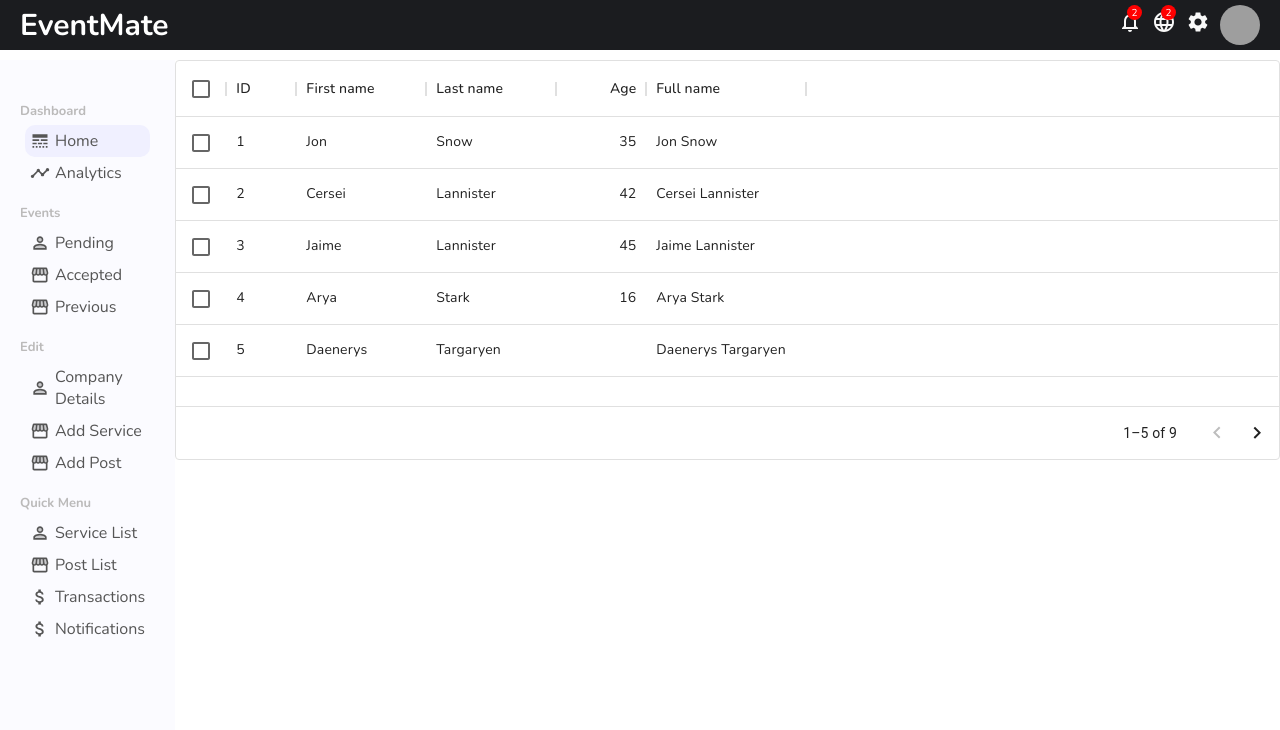
Repository: Farida-Yeasmin-Mim/EventMate_Frontend
Page: /productList
An editor plug-in stored every save of this project. The page is shown before and after the next save, followed by the edit.
The browser window is 1280 px wide. The pictures show the whole page.
Pictures or frames that could not be fetched are drawn as grey boxes. The page's requests for data from a server got no answer. The project was rebuilt for these pictures with package versions that can differ from the ones it lists, and the page was loaded fresh each time. No one was signed in, and anything a server would have sent is missing. Also part of the build but not shown: src/components/PostRequest.js, src/pages/auth/Login.js, src/components/seletionTextField/selectGender.js, src/pages/auth/Signup.js, src/components/vendor/RegVendor.js, src/components/offer.js, src/components/productcategories.js, src/components/icontabs.js and 86 more.

Above is the page before, as saved 2022-09-06 17:55:06.

After the next save:
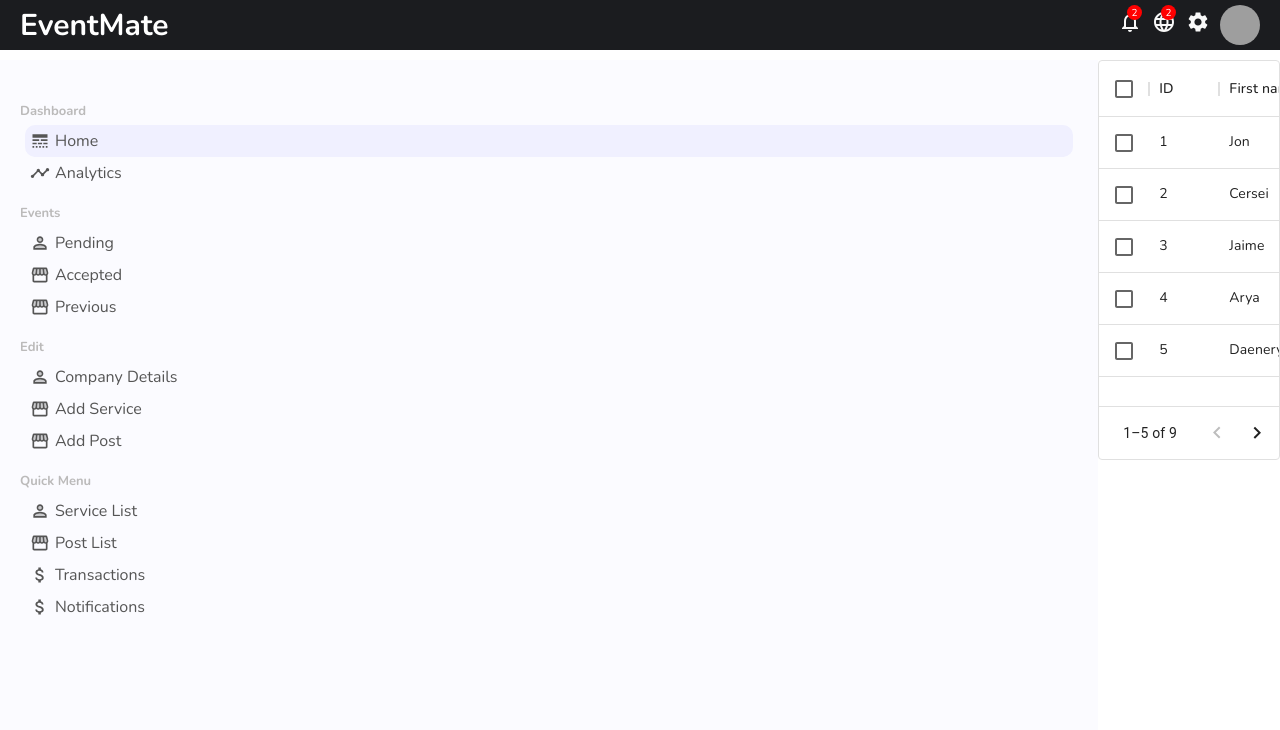
Saved 49 s later.
--- a/src/components/Dashboard/ProductList.js
+++ b/src/components/Dashboard/ProductList.js
@@ -40,7 +40,7 @@
         <div>
             <div className="container">
                 <Sidebar />
-                <div style={{ height: 400, width: '100%' }}>
+                <div style={{ height: 400, }}>
                     <DataGrid
                         rows={rows}
                         columns={columns}

After the save that followed:
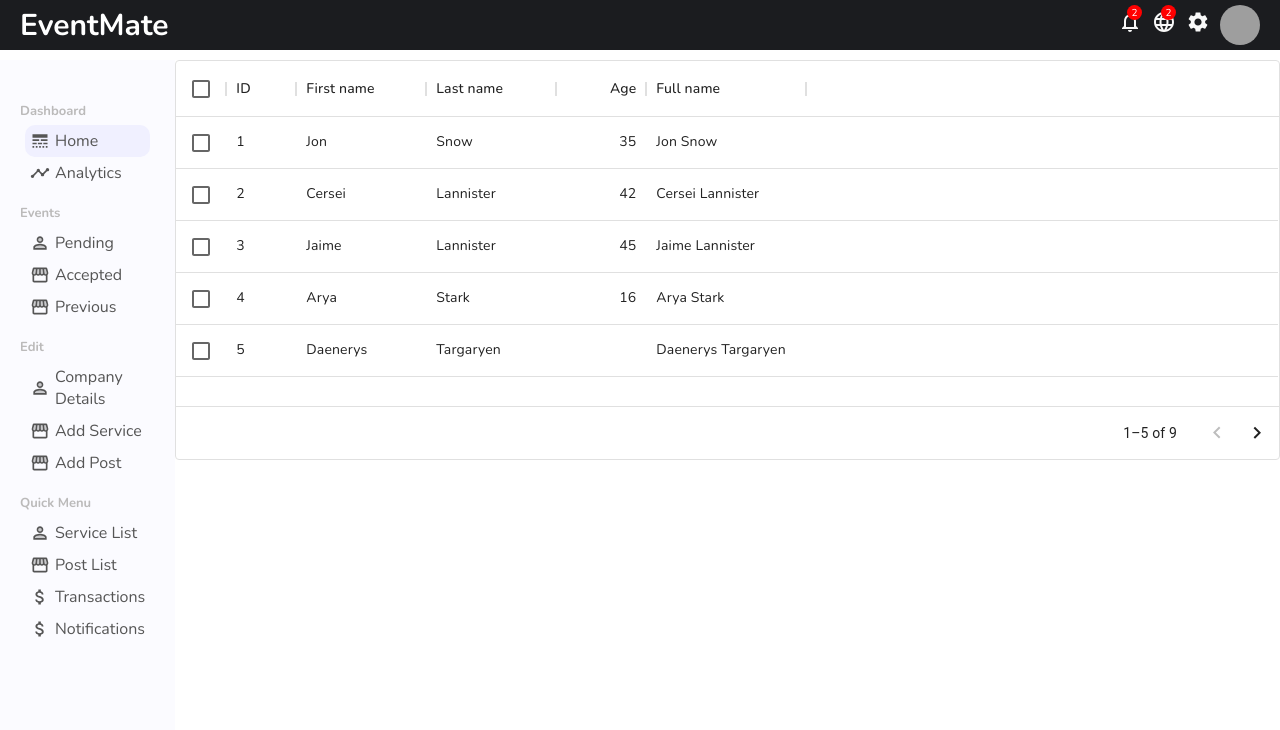
Saved 21 s later.
--- a/src/components/Dashboard/ProductList.js
+++ b/src/components/Dashboard/ProductList.js
@@ -40,7 +40,7 @@
         <div>
             <div className="container">
                 <Sidebar />
-                <div style={{ height: 400, }}>
+                <div style={{ height: 400, width: '100%' }}>
                     <DataGrid
                         rows={rows}
                         columns={columns}
